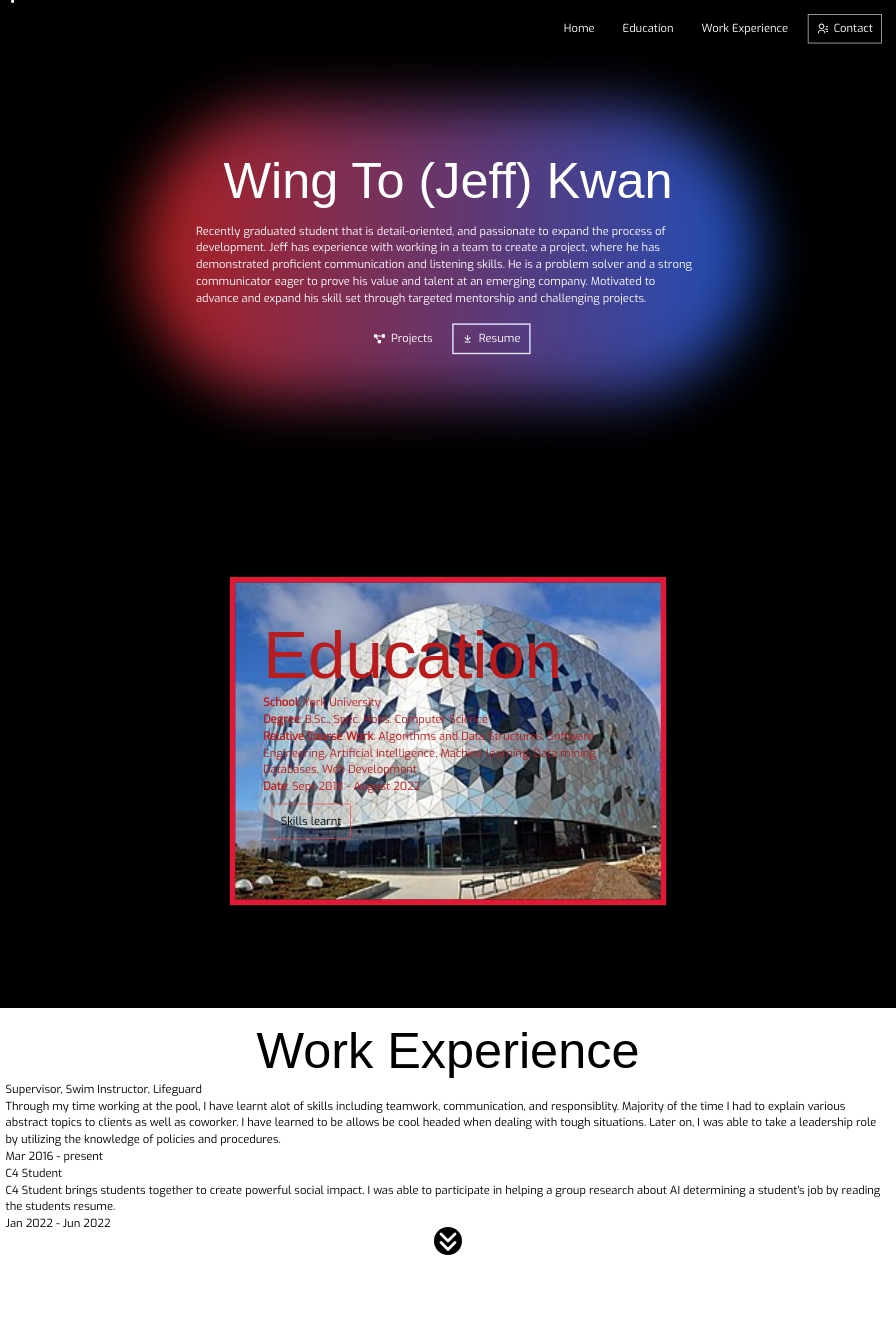
Repository: Jeffkw213/profile_website
Page: /
The author's editor kept a copy of each file at every save. The page is drawn from the files as they stood at one save, then again after the next save.
The browser window is 1280 px wide. The pictures show the part of the page from y = 0 to 1920 px (the page is 3560 px tall), at 70% of full size.
Some web fonts or font styles are not loaded; a fallback is used. The project was rebuilt for these pictures with package versions that can differ from the ones it lists, and the page was loaded fresh each time. Also part of the build but not shown: vite.config.js.

Above is the page before, as saved 2022-10-21 17:03:43.

After the next save:
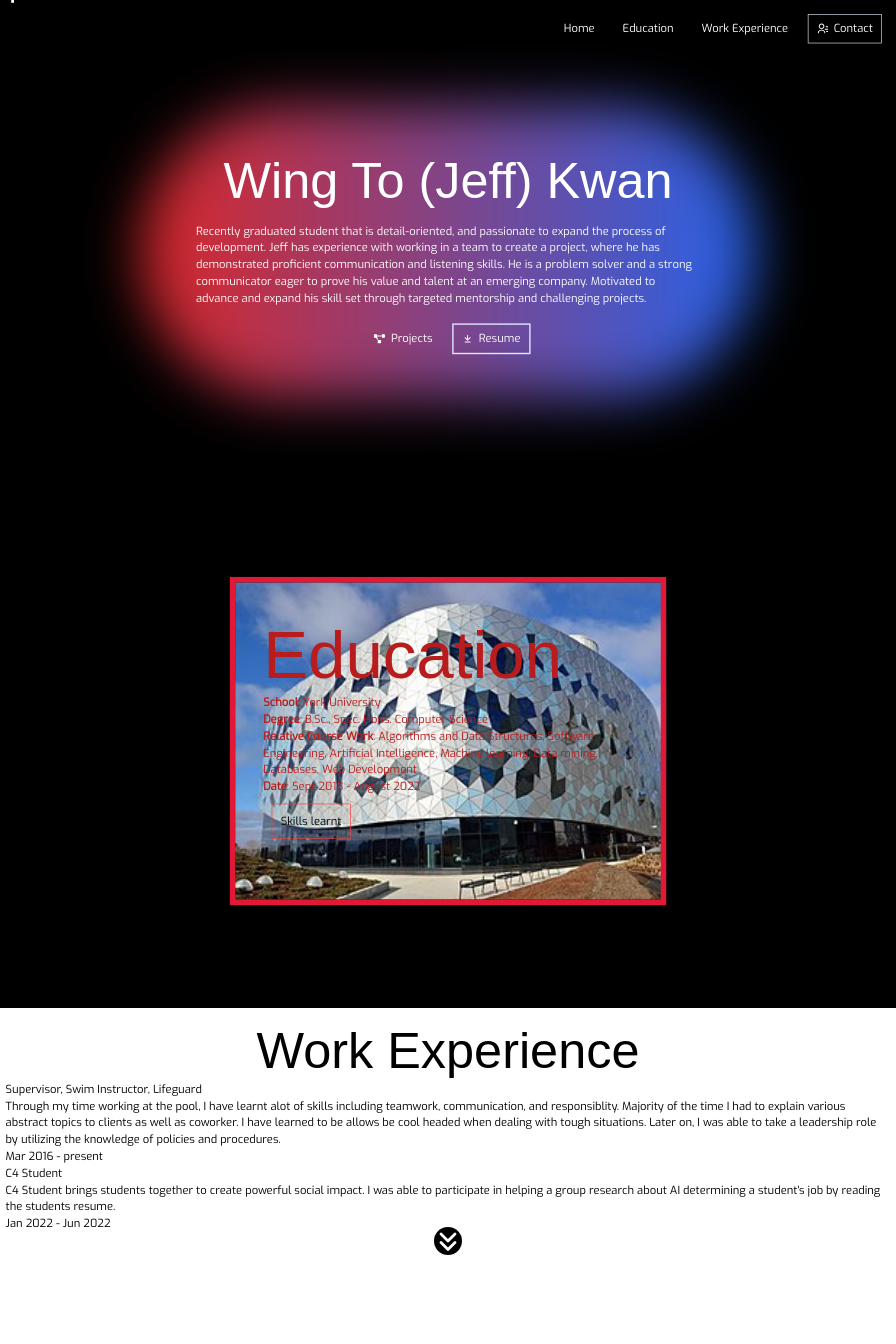
Saved 64 s later.
--- a/src/components/Title.jsx
+++ b/src/components/Title.jsx
@@ -20,7 +20,7 @@ export default function Title({ Name, Description }) {
       </div>
       <div className="flex items-center justify-center h-screen">
         <div className="relative max-w-[880px]">
-          <div className="absolute inset-0.5 bg-gradient-to-r from-red-600 to-blue-600 rounded-full blur-2xl opacity-80"></div>
+          <div className="absolute inset-0.5 bg-gradient-to-r from-red-600 to-blue-600 rounded-full blur-2xl bg-opacity-80"></div>
 
           <div className="relative m-2 py-12 text-white ">
             <h1 className="font-Nexa text-4xl sm:text-7xl text-center pt-4 pb-2">{Name}</h1>
